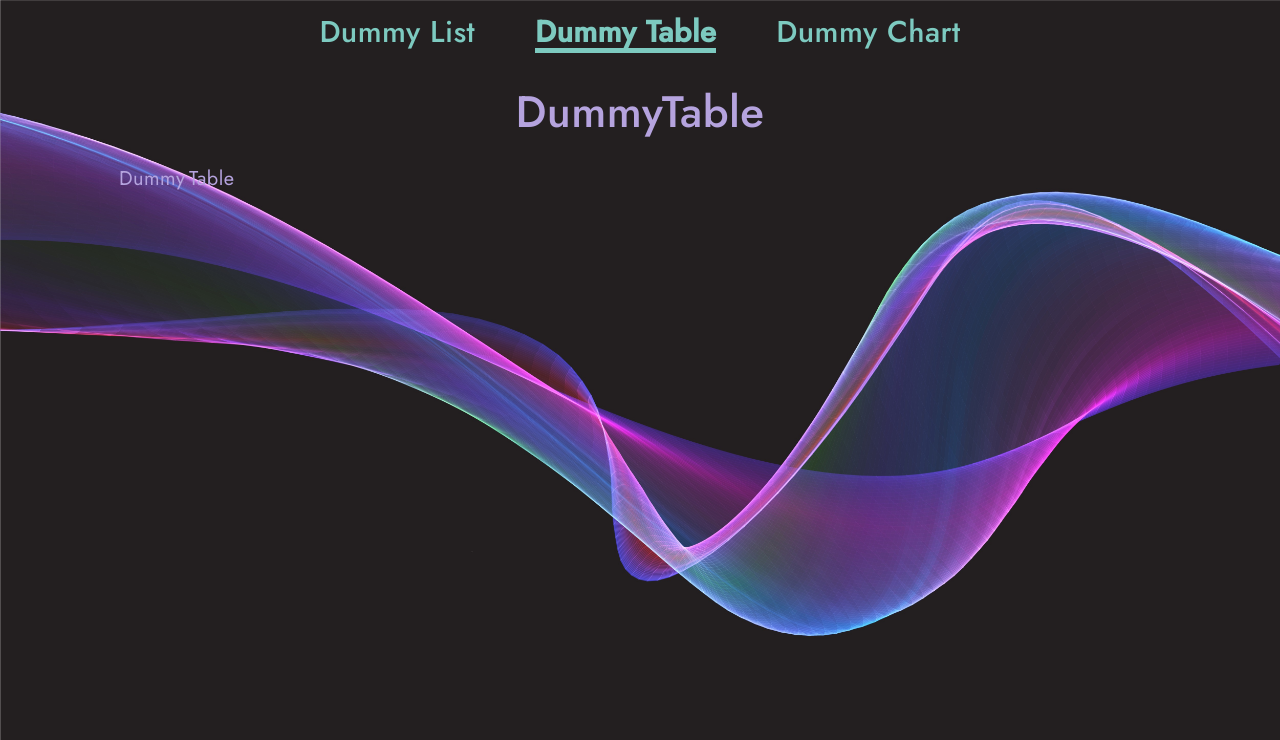
Repository: Vadim-27/backendless
Page: /tabs/dummyTable
These files come from the project's save history. The page is drawn as it stood at one moment and after the next save; the edit follows.
The browser window is 1280 px wide. The pictures show the whole page.
Backgrounds fixed to the window are drawn as part of the page. The project was rebuilt for these pictures with package versions that can differ from the ones it lists, and the page was loaded fresh each time.

Above is the page before, as saved 2023-10-28 16:55:36.

### src/index.js
import React from 'react';
import ReactDOM from 'react-dom/client';
import { BrowserRouter } from 'react-router-dom';
import { App } from 'App';
import './index.scss';

ReactDOM.createRoot(document.getElementById('root')).render(
  <React.StrictMode>
    <BrowserRouter basename='/'>
    <App />
    </BrowserRouter>
  </React.StrictMode>
)

### src/App.jsx
import { Routes, Route } from "react-router-dom";
import { lazy } from "react";

import { Suspense } from "react";

const Navbar = lazy(() => import('modules/Navbar/Navbar'));
const DummyListPage = lazy(() => import('Pages/DummyListPage/DummyListPage'));
const DummyChartPage = lazy(() => import('Pages/DummyChartPage/DummyChartPage'));
const DummyTablePage = lazy(() => import('Pages/DummyTablePage/DummyTablePage'));
const NotFoundPage = lazy(() => import('Pages/NotFoundPage/NotFoundPage'));


export const App = () => {
  return (
    <div className="container">
      <Suspense>
        <Navbar />
        <Routes>
          <Route path="tabs/dummyList" element={<DummyListPage />} />
          <Route path="tabs/dummyChart" element={<DummyChartPage />} />
          <Route path="tabs/dummyTable" element={<DummyTablePage />} />
          <Route path="*" element={<NotFoundPage />} />
        </Routes>
      </Suspense>
    </div>
  );
};

### src/index.scss
@import './utils/base.scss';
@import './utils/normalize.scss';
@import './utils/variables.scss';
@import './utils/fonts.scss';

### src/modules/Navbar/Navbar.jsx
import { NavLink, Outlet } from "react-router-dom";
import tabs from "./tabs";

import css from './navbar.module.scss'

const Navbar = () => {
   const sortedTabs = [...tabs].sort((a, b) => a.order - b.order);

  const navbarList = sortedTabs.map(({ id, title, path }) => (
    <li key={id}>
      <NavLink className={css.link} to={path}>
        {title}
      </NavLink>
    </li>
  ));

  return (
    <div >
      <ul className={css.menu }>{navbarList}</ul>
      <Outlet />
    </div>
  );
}
export default Navbar;

### src/Pages/DummyTablePage/DummyTablePage.jsx
import DummyTable from "modules/DummyTable/DummyTable";

const DummyTablePage = () => {
  return <>
    <DummyTable/>
  </>
}
export default DummyTablePage;

### src/utils/base.scss
body {
  font-size: 14px;
  letter-spacing: 0.03em;
  margin: 0;
}

button {
  cursor: pointer;
}

a {
  text-decoration: none;
  outline: none;
}

h1,
h2,
h4,
h5 {
  margin-top: 0;
  margin-bottom: 0;
}

p {
  margin-bottom: 0;
  margin-top: 0;
}

ul {
  padding: 0;
  margin-top: 0;
  margin: 0;
  margin-bottom: 0;
  list-style: none;
}

img {
  display: block;
  max-width: 100%;
  height: auto;
}
.container {
  box-sizing: content-box;

  margin-left: auto;
  margin-right: auto;
  padding-right: 16px;
  padding-bottom: 20px;
  padding-left: 16px;
  background-image: url(../../assets/img/landing_page_template_with_flowing_lines_design_2805.jpg);
  background-size: cover, cover;
  background-repeat: no-repeat;
  background-attachment: fixed;
  height: 100vh;
}

### src/utils/normalize.scss
::after,
::before {
  box-sizing: border-box;
}
html {
  -moz-tab-size: 4;
  tab-size: 4;
}
html {
  line-height: 1.15;
  -webkit-text-size-adjust: 100%;
}
body {
  margin: 0;
}
body {
  font-family: system-ui, -apple-system, "Segoe UI", Roboto, Helvetica, Arial,
    sans-serif, "Apple Color Emoji", "Segoe UI Emoji";
}
hr {
  height: 0;
  color: inherit;
}
abbr[title] {
  text-decoration: underline dotted;
}
b,
strong {
  font-weight: bolder;
}
code,
kbd,
pre,
samp {
  font-family: ui-monospace, SFMono-Regular, Consolas, "Liberation Mono", Menlo,
    monospace;
  font-size: 1em;
}
small {
  font-size: 80%;
}
sub,
sup {
  font-size: 75%;
  line-height: 0;
  position: relative;
  vertical-align: baseline;
}
sub {
  bottom: -0.25em;
}
sup {
  top: -0.5em;
}
table {
  text-indent: 0;
  border-color: inherit;
}
button,
input,
optgroup,
select,
textarea {
  font-family: inherit;
  font-size: 100%;
  line-height: 1.15;
  margin: 0;
}
button,
select {
  text-transform: none;
}
[type="button"],
[type="reset"],
[type="submit"],
button {
  -webkit-appearance: button;
}
::-moz-focus-inner {
  border-style: none;
  padding: 0;
}
:-moz-focusring {
  outline: 1px dotted ButtonText;
}
:-moz-ui-invalid {
  box-shadow: none;
}
legend {
  padding: 0;
}
progress {
  vertical-align: baseline;
}
::-webkit-inner-spin-button,
::-webkit-outer-spin-button {
  height: auto;
}
[type="search"] {
  -webkit-appearance: textfield;
  outline-offset: -2px;
}
::-webkit-search-decoration {
  -webkit-appearance: none;
}
::-webkit-file-upload-button {
  -webkit-appearance: button;
  font: inherit;
}
summary {
  display: list-item;
}

### src/utils/variables.scss
:root {
  --primary-primary: #b5a3de;
  --primary-secondary: #7dcac0;
}

### src/utils/fonts.scss
@font-face {
  font-family: "Jost-Regular";
  font-style: normal;
  font-weight: 400;
  font-display: swap;
  src: url("../fonts/Jost-Regular.ttf");
}

@font-face {
  font-family: "Jost-Medium";
  font-style: normal;
  font-weight: 500;
  font-display: swap;
  src: url("../fonts/Jost-Medium.ttf");
}

### src/modules/Navbar/tabs.js
const tabs = [
  {
    id: 'dummyTable',
    title: 'Dummy Table',
    order: 1,
    path: 'tabs/dummyTable',
  },
  {
    id: 'dummyChart',
    title: 'Dummy Chart',
    order: 2,
    path: 'tabs/dummyChart',
  },
  { id: 'dummyList', title: 'Dummy List', order: 0, path: 'tabs/dummyList' },
];

export default tabs;

### src/modules/Navbar/navbar.module.scss
.menu {
    list-style: none;
    display: flex;
    gap: 60px;
    justify-content: center;
}

.link {
    padding-bottom: 5px;
    text-decoration: none;
    color: var(--primary-secondary);
    display: inline-block;
    padding: 10px 0px;
    font-family: Jost-Medium;
font-size: 30px;
font-style: normal;
font-weight: 500;
line-height: normal;
}

.link:global(.active) {
    font-weight: bold;

   position: relative;

}

.link:global(.active)::after {
    content: "";
    position: absolute;
    bottom: 10px;
    left: 0;
    width: 100%;
    border-bottom: 5px solid;
}

### src/modules/DummyTable/DummyTable.jsx
import css from './dummyTable.module.scss';
const DummyTable = () => {
  return (
    <div>
      <h1 className={css.titleSection}>DummyTable</h1>
      <table className={css.table}>
        <tr>
          <td>Dummy</td>
          <td>Table</td>
        </tr>
      </table>
    </div>
  );
}
export default DummyTable;

### src/modules/DummyTable/dummyTable.module.scss
.titleSection{
  text-align: center;
   padding: 20px;
  color: var(--primary-primary);
font-family: Jost-Medium;
font-size: 44px;
font-style: normal;
font-weight: 500;
line-height: 58px;
}
.table{
  margin-left: 100px;
  color: var(--primary-primary);
font-family: Jost-Regular;
font-size: 20px;
font-style: normal;
font-weight: 400;
line-height: normal;
}

Loaded but not shown: public/index.html (common file)

After the next save:
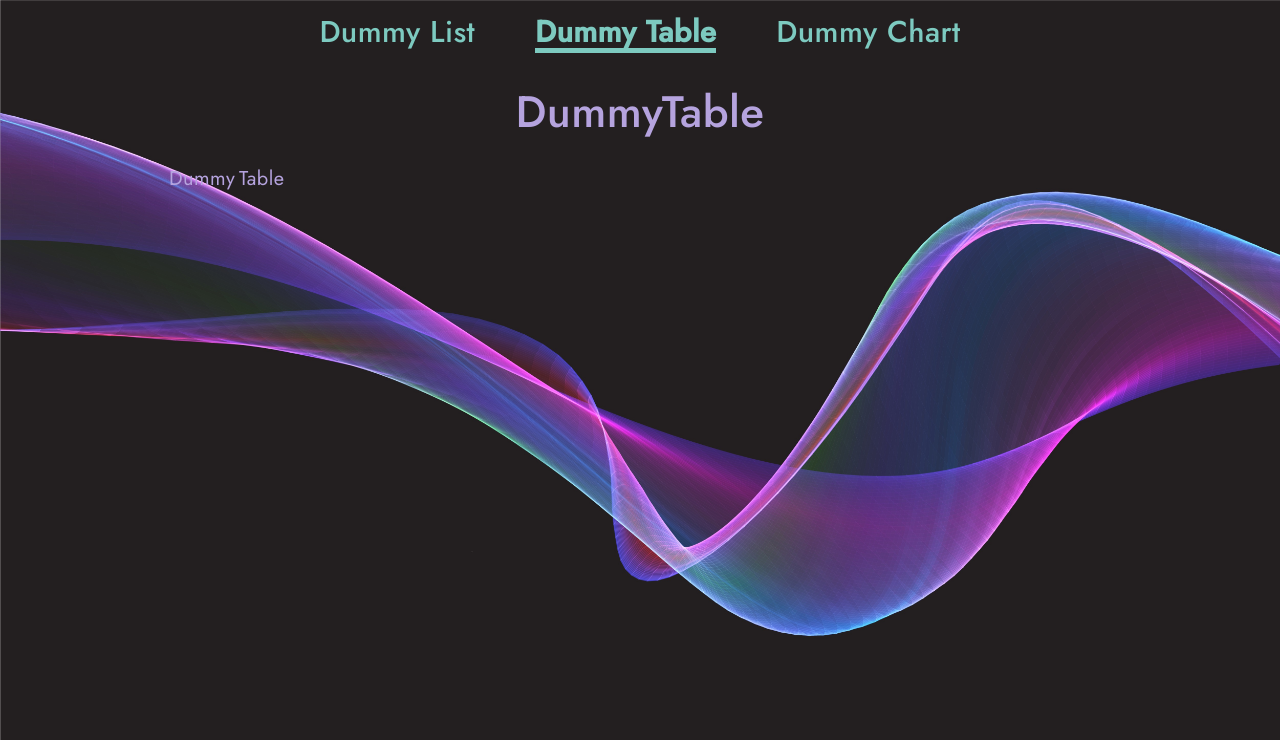
Saved 11 s later.
--- a/src/modules/DummyTable/dummyTable.module.scss
+++ b/src/modules/DummyTable/dummyTable.module.scss
@@ -9,7 +9,7 @@ font-weight: 500;
 line-height: 58px;
 }
 .table{
-  margin-left: 100px;
+  margin-left: 150px;
   color: var(--primary-primary);
 font-family: Jost-Regular;
 font-size: 20px;
